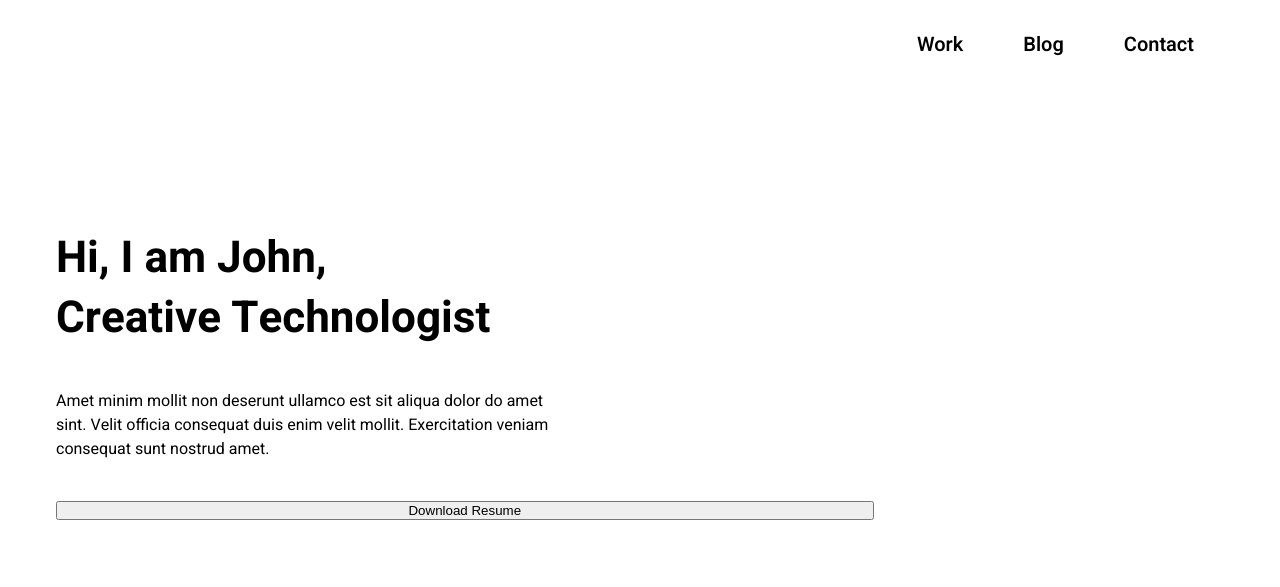
Repository: sharma171/portfolio
Page: /
An editor plug-in stored every save of this project. The page is shown before and after the next save, followed by the edit.
The browser window is 1280 px wide. The pictures show the whole page.
The project was rebuilt for these pictures with package versions that can differ from the ones it lists, and the page was loaded fresh each time. The framework's server and built-in components were replaced by stand-ins that run in the browser. Also part of the build but not shown: next.config.mjs.

Above is the page before, as saved 2024-06-01 00:09:57.

### src/app/layout.js

import "./globals.css";


export const metadata = {
  title: "Portfolio Website",
  description: "Blogging and projects site",
};

export default function RootLayout({ children }) {
  return (
    <html lang="en">
      <body>{children}</body>
    </html>
  );
}

### src/app/page.js
import "./page.css";
import Header from "../components/Header";
import Hero from "../components/Hero";

export default function Home() {
  return (
    <main className="main">
      <Header />
      <Hero />
    </main>
  );
}

### src/app/globals.css
@import url('https://fonts.googleapis.com/css2?family=Heebo:wght@100..900&display=swap');

:root {
  --max-width: 1200px;
  --border-radius: 12px;
  --font-mono: ui-monospace, Menlo, Monaco, "Cascadia Mono", "Segoe UI Mono",
    "Roboto Mono", "Oxygen Mono", "Ubuntu Monospace", "Source Code Pro",
    "Fira Mono", "Droid Sans Mono", "Courier New", monospace;
  --main-font: "Heebo", sans-serif;
  --weight--300: 300;
  --weight--400: 400;
  --weight--500: 500;
  --weight--600: 600;
  --weight--700: 700;
  --weight--800: 800;
  --weight--900: 900;
}

* {
  box-sizing: border-box;
  padding: 0;
  margin: 0;
}

html,
body {
  max-width: 100vw;
  overflow-x: hidden;
  font-family: var(--main-font);
}

a {
  color: inherit;
  text-decoration: none;
}
.container {
  max-width: var(--max-width);
  margin: 0 auto;
  padding: 0 1rem;
}
header {
  background: #fff;
}
header .header-logo {
  width: 1rem;
  height: auto;
}
.nav {
  display: flex;
  flex-direction: row;
  justify-content:space-between;
  max-width: var(--max-width);
  margin: 0 auto;
  padding: 0 1rem;
}
.navMenu {
  display: flex;
  flex-direction: row;
  align-items: center;
}
.navMenu .navLink {
  font-size: 1.25rem;
  font-weight: var(--weight--600);
  color: var(--primary-color);
  margin: 30px;
}

### src/app/page.css
.main {
  display: flex;
  flex-direction: column;
  min-height: 100vh;
}
.hero .hero-lhs {
  width: 70%;
}
.hero .hero-lhs .hero-cta {
  display: flex;
  flex-direction: column;
  gap: 40px;
  margin-top: 140px;
  margin-bottom: 70px;
}
.hero .hero-lhs .hero-cta .main-head {
  font-size: 2.75rem;
  line-height: 3.75rem;
  font-weight: 700;
}
.hero .hero-lhs .hero-cta .sub-head {
  font-size: 1rem;
  line-height: 1.5rem;
  font-weight: 400;
  max-width: 500px;
}
.hero .hero-rhs {
  width: 30%;
}

### src/components/Header.jsx
import React from "react";
import "../app/globals.css";

const navLink = [
    {
        name: "Work",
        link: "/"
    },
    {
        name: "Blog",
        link: "/blog"
    },
    {
        name: "Contact",
        link: "/contact"
    },
]

const Header = () => {
    return(
        <header>
            <nav className="nav">
                <a href="/">

                </a>
                <div className="navMenu">
                    {navLink.map((item, index) => (
                        <a href={item.link} className="navLink" key={index}>{item.name}</a>
                    ))}
                </div>
            </nav>
        </header>
    )
}

export default Header;

### src/components/hero.jsx
import React from "react";
import "./page.css";

const Hero = () => {
    return (
        <>
        <section className="hero">
            <div className="container">
                <div className="hero-lhs">
                    <div className="hero-cta">
                        <h1 className="main-head">
                        Hi, I am John,<br></br>Creative Technologist
                        </h1>
                        <p className="sub-head">
                        Amet minim mollit non deserunt ullamco est sit aliqua dolor do amet sint. Velit officia consequat duis enim velit mollit. Exercitation veniam consequat sunt nostrud amet.
                        </p>
                        <button className="cta-button">Download Resume</button>
                    </div>
                </div>
                <div className="hero-rhs">

                </div>
            </div>
        </section>
        </>
    )
}
export default Hero

After the next save:
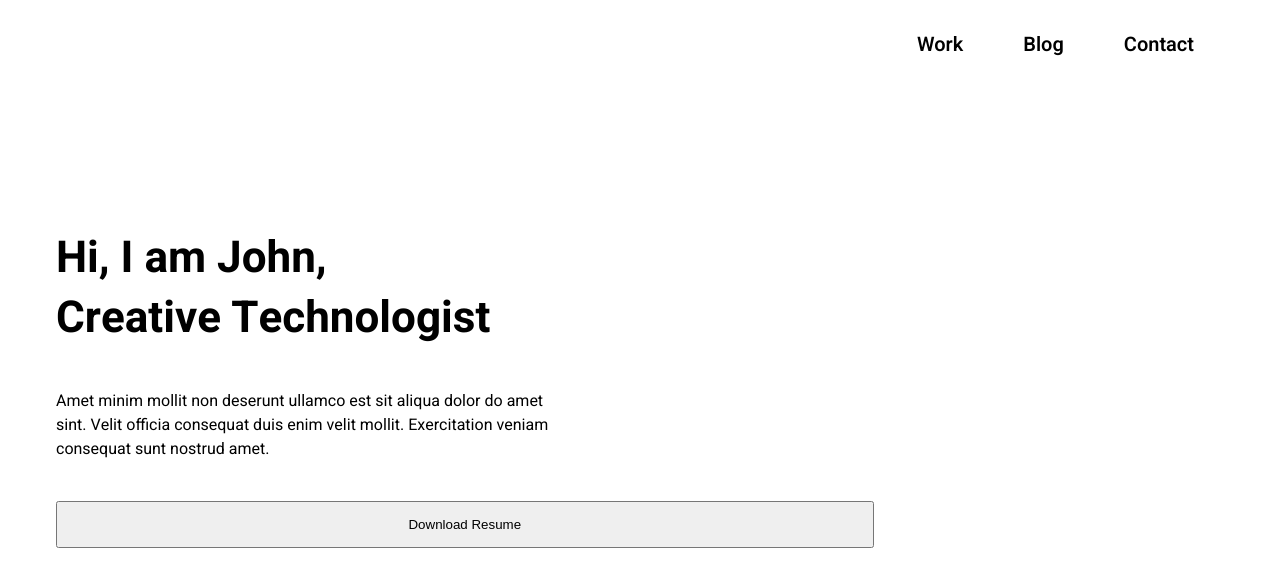
Saved 108 s later.
--- a/src/app/page.css
+++ b/src/app/page.css
@@ -24,6 +24,9 @@
   font-weight: 400;
   max-width: 500px;
 }
+.hero .hero-lhs .hero-cta .cta-button {
+  padding: 14px 20px;
+}
 .hero .hero-rhs {
   width: 30%;
 }
